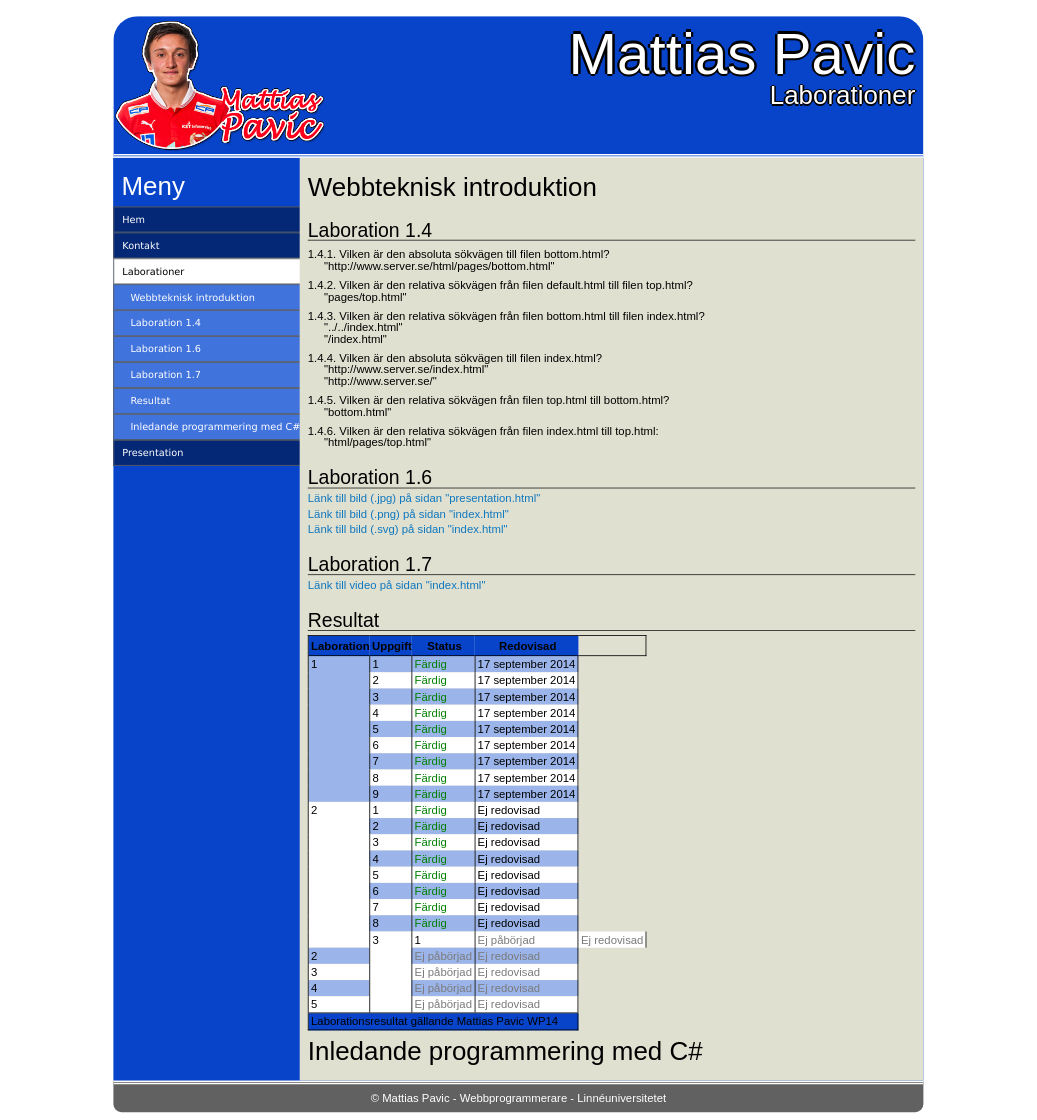
Repository: mp222sf/1ik415-laborationer
Page: pages/laborationer.html
The author's editor kept a record of every edit. The page is drawn from the files as they stood at one moment, then again after the next edit.
The browser window is 1280 px wide. The pictures show the whole page, at 81% of full size.

Above is the page before.

### pages/laborationer.html
<!doctype html>
<html lang="sv">
    <head>
        <meta charset="utf-8" />
        <title>Mattias Pavic</title>
        <link rel="stylesheet" href="../css/style.css" />
    </head>
    <body>
        <div id="cointainer">
            <div id="header">
                <h1>Mattias Pavic</h1>
                <h3>Laborationer</h3>
            </div>
            <div id="navigation_content">
            <div id="navigation">
                <h3>Meny</h3>
                <ul id="meny">
                <li><a href="../index.html">Hem</a></li>
                 <li><a href="kontakt.html">Kontakt</a></li>
                 <li><a id="current" href="laborationer.html">Laborationer</a></li>
                    <ul id="meny_lista">
                    <li><a href="#webbteknisk_introduktion">Webbteknisk introduktion</a></li>
                    <li><a href="#laboration_1.4">Laboration 1.4</a></li>
                    <li><a href="#laboration_1.6">Laboration 1.6</a></li>
                    <li><a href="#laboration_1.7">Laboration 1.7</a></li>
                    <li><a href="#resultat">Resultat</a></li>
                    <li><a href="#inledande_programmering_med_csharp">Inledande programmering med C#</a></li>
                    </ul>
                 <li><a href="presentation.html">Presentation</a></li>
                </ul>

            </div>
            <div id="content">

                <!--Här skriver vi infomationen om mina intressen.-->
                <h3 id="webbteknisk_introduktion">Webbteknisk introduktion</h3>

                <h4 id="laboration_1.4">Laboration 1.4</h4>

                <dl>
                    <dt>1.4.1. Vilken är den absoluta sökvägen till filen bottom.html? </dt>
                        <dd>"http://www.server.se/html/pages/bottom.html"</dd>
                    <dt>1.4.2. Vilken är den relativa sökvägen från filen default.html till filen top.html? </dt>
                        <dd>"pages/top.html" </dd>
                    <dt>1.4.3. Vilken är den relativa sökvägen från filen bottom.html till filen index.html? </dt>
                        <dd>"../../index.html"</dd>
                        <dd>"/index.html"</dd>
                    <dt>1.4.4. Vilken är den absoluta sökvägen till filen index.html? </dt>
                        <dd>"http://www.server.se/index.html"</dd>
                        <dd>"http://www.server.se/"</dd>
                    <dt>1.4.5. Vilken är den relativa sökvägen från filen top.html till bottom.html?</dt>
                        <dd>"bottom.html"</dd>
                    <dt>1.4.6. Vilken är den relativa sökvägen från filen index.html till top.html:</dt>
                        <dd>"html/pages/top.html"</dd>
                </dl>

                <h4 id="laboration_1.6">Laboration 1.6</h4>

                <p><a href="presentation.html#jag_presentation">Länk till bild (.jpg) på sidan "presentation.html"</a></p>
                <p><a href="../index.html#jag_logotype">Länk till bild (.png) på sidan "index.html"</a></p>
                <p><a href="../index.html#jag_svg">Länk till bild (.svg) på sidan "index.html"</a></p>


                <h4 id="laboration_1.7">Laboration 1.7</h4>

                <p><a href="../index.html#big_buck_bunny">Länk till video på sidan "index.html"</a></p>

                <h4 id="resultat">Resultat</h4>

                <table id="resultat_tabell">
                <thead>
                    <tr>
                        <th>Laboration</th>
                        <th>Uppgift</th>
                        <th>Status</th>
                        <th>Redovisad</th>
                    </tr>
                </thead>
                <tfoot>
                    <tr>
                        <td colspan="4">Laborationsresultat gällande Mattias Pavic WP14</td>
                    </tr>
                </tfoot>
                <tbody>
                    <tr>
                        <td rowspan="9">1</td>
                        <td>1</td>
                        <td><klar>Färdig</klar></td>
                        <td>17 september 2014</td>
                    </tr>
                    <tr>
                        <td>2</td>
                        <td><klar>Färdig</klar></td>
                        <td>17 september 2014</td>
                    </tr>
                    <tr>
                        <td>3</td>
                        <td><klar>Färdig</klar></td>
                        <td>17 september 2014</td>
                    </tr>
                    <tr>
                        <td>4</td>
                        <td><klar>Färdig</klar></td>
                        <td>17 september 2014</td>
                    </tr>
                    <tr>
                        <td>5</td>
                        <td><klar>Färdig</klar></td>
                        <td>17 september 2014</td>
                    </tr>
                    <tr>
                        <td>6</td>
                        <td><klar>Färdig</klar></td>
                        <td>17 september 2014</td>
                    </tr>
                    <tr>
                        <td>7</td>
                        <td><klar>Färdig</klar></td>
                        <td>17 september 2014</td>
                    </tr>
                    <tr>
                        <td>8</td>
                        <td><klar>Färdig</klar></td>
                        <td>17 september 2014</td>
                    </tr>
                    <tr>
                        <td>9</td>
                        <td><klar>Färdig</klar></td>
                        <td>17 september 2014</td>
                    </tr>

                    <tr>
                        <td rowspan="9">2</td>
                        <td>1</td>
                        <td><klar>Färdig</klar></td>
                        <td>Ej redovisad</td>
                    </tr>
                    <tr>
                        <td>2</td>
                        <td><klar>Färdig</klar></td>
                        <td>Ej redovisad</td>
                    </tr>
                    <tr>
                        <td>3</td>
                        <td><klar>Färdig</klar></td>
                        <td>Ej redovisad</td>
                    </tr>
                    <tr>
                        <td>4</td>
                        <td><klar>Färdig</klar></td>
                        <td>Ej redovisad</td>
                    </tr>
                    <tr>
                        <td>5</td>
                        <td><klar>Färdig</klar></td>
                        <td>Ej redovisad</td>
                    </tr>
                    <tr>
                        <td>6</td>
                        <td><klar>Färdig</klar></td>
                        <td>Ej redovisad</td>
                    </tr>
                    <tr>
                        <td>7</td>
                        <td><klar>Färdig</klar></td>
                        <td>Ej redovisad</td>
                    </tr>
                    <tr>
                        <td>8</td>
                        <td><klar>Färdig</klar></td>
                        <td>Ej redovisad</td>
                    </tr>


                    <tr>
                        <td rowspan="5">3</td>
                        <td>1</td>
                        <td><ejklar>Ej påbörjad</ejklar></td>
                        <td><ejklar>Ej redovisad</ejklar></td>
                    </tr>
                    <tr>
                        <td>2</td>
                        <td><ejklar>Ej påbörjad</ejklar></td>
                        <td><ejklar>Ej redovisad</ejklar></td>
                    </tr>
                    <tr>
                        <td>3</td>
                        <td><ejklar>Ej påbörjad</ejklar></td>
                        <td><ejklar>Ej redovisad</ejklar></td>
                    </tr>
                    <tr>
                        <td>4</td>
                        <td><ejklar>Ej påbörjad</ejklar></td>
                        <td><ejklar>Ej redovisad</ejklar></td>
                    </tr>
                    <tr>
                        <td>5</td>
                        <td><ejklar>Ej påbörjad</ejklar></td>
                        <td><ejklar>Ej redovisad</ejklar></td>
                    </tr>


                </tbody>
                </table>

                <h3 id="inledande_programmering_med_csharp">Inledande programmering med C#</h3>
                </div>
                </div>
            <div id="footer">
            © Mattias Pavic - Webbprogrammerare - Linnéuniversitetet
            </div>

        </div>

    </body>
</html>

### css/style.css
/* http://meyerweb.com/eric/tools/css/reset/
   v2.0 | 20110126
   License: none (public domain)
*/

html, body, div, span, applet, object, iframe,
h1, h2, h3, h4, h5, h6, p, blockquote, pre,
a, abbr, acronym, address, big, cite, code,
del, dfn, em, img, ins, kbd, q, s, samp,
small, strike, strong, sub, sup, tt, var,
b, u, i, center,
dl, dt, dd, ol, ul, li,
fieldset, form, label, legend,
table, caption, tbody, tfoot, thead, tr, th, td,
article, aside, canvas, details, embed,
figure, figcaption, footer, header, hgroup,
menu, nav, output, ruby, section, summary,
time, mark, audio, video {
	margin: 0;
	padding: 0;
	border: 0;
	font-size: 100%;
	font: inherit;
	vertical-align: baseline;
}
/* HTML5 display-role reset for older browsers */
article, aside, details, figcaption, figure,
footer, header, hgroup, menu, nav, section {
	display: block;
}
body {
	line-height: 1;
}
ol, ul {
	list-style: none;
}
blockquote, q {
	quotes: none;
}
blockquote:before, blockquote:after,
q:before, q:after {
	content: '';
	content: none;
}
table {
	border-collapse: collapse;
	border-spacing: 0;
}


a:link {
    color:#0E77BE;
    text-decoration: none;
}
a:visited {
    color:#0E77BE;
    text-decoration: none;

}

a:hover {
    color:#0744C9;
    text-decoration: underline;
}
a:focus {
    color:#0744C9;
    text-decoration: underline;
}
a:active {
    color:#0744C9;
    text-decoration: underline;
}



/*
        COINTAINER
                        */
#cointainer {
    background-color:white;
    color:black;
    width:1000px;
    margin: 0 auto;
    text-align:left;
    font-size: 14px;
    font-family: "Arial", "Lucida Grande", "Lucida Sans Unicode", Helvetica, sans-serif;

}





/*
        HEADER
                        */
#header {
    background-color:#0744C9;
    background-image: url('../pics/jag_logotype.png');
    background-size: contain;
    background-repeat: no-repeat;
    color:white;
    text-align:left;
    height:150px;
    padding:10px;
    margin: 20px 0px 0px 0px;
    border-radius: 30px 30px 0px 0px;

    border-bottom: 5px double white;

}
#header h1 {
   font-size:72px;
   text-align: right;
   text-shadow: -3px 0 black, 0 3px black, 3px 0 black, 0 -3px black;
}
#header h3 {
   font-size:32px;
   text-align: right;
   text-shadow: -2px 0 black, 0 2px black, 2px 0 black, 0 -2px black;
}

#navigation_content {

    background-color:#0744C9;
    width:1000px;
    height:100%;
    float:left;



}
/*
        NAVIGATION
                        */
#navigation           {
    line-height:30px;
    background-color:#0744C9;
    width:230px;
    height:100%;
    float:left;
    padding:0px;
    color:white;
}
#navigation h3 {
   font-size:32px;
   margin-bottom:10px;
   margin-top:20px;
   margin-left:10px;

}
#navigation ul {
    list-style-type: square;
    margin-left:0px;
    font-size:12px;
}


#navigation li {
list-style: none;
margin: 0px 0 0px 0;
}
#navigation li a {
display: block;
width: 230px;
margin: 0;
padding: 0px 0px 0px 10px;
text-align: left;
font-family: "Lucida Grande", "Lucida Sans Unicode", Helvetica, Arial, sans-serif;
font-size: 12px;
color:#042875;
border-radius: 0px;
border: 1px solid #616161;
background: #042875;

}
#meny_lista li a {
display: block;
width: 230px;
margin: 0;
padding: 0px 0px 0px 20px;
text-align: left;
font-family: "Lucida Grande", "Lucida Sans Unicode", Helvetica, Arial, sans-serif;
font-size: 12px;
color:#4173DD;
border-radius: 0px;
border: 1px solid #616161;
background: #4173DD;

}

#navigation a:active {
background: white;
color:black;
}
#navigation a:focus {
background:#0744C9;
color: white;
}
#navigation li a:hover {
cursor: pointer;
background:#0744C9;
color: white;
}
#navigation a:link, #navigation a:visited {
color: white;
text-decoration: none;
}


#navigation a#current {
background: white;
color:black;
}





/*
        CONTENT
                        */
#content {
    width:750px;
    height:100%;
    background-color:#E0E0D1;
    float:left;
    padding:10px;

}
#content p {

   margin-bottom:5px;
   margin-top:0px;
}
#content strong {
   margin-top: 20px;
   font-size:18px;



}
#content dt {
   margin-top: 10px;




}
#content dd {
    margin-left: 20px;
}
#content ul.little_list {
    list-style-type: square;
    margin-left: 30px;
}
#content li {
   margin-top: 10px;
}
#content li li {
   margin-top: 0px;



}
#content h3 {
   font-size:32px;
   margin-bottom:10px;
   margin-top:10px;
}
#content h4 {
   font-size:24px;
   margin-bottom:5px;
   margin-top:25px;
   border-bottom: 1px solid #1E1E1E;
}
#content h4.blogg {
   background-image: url('https://1ik415-laborationer-c9-mp222sf.c9.io/pics/jag_logotype.png');
   background-size: contain;
   background-repeat: no-repeat;
   font-size:24px;
   margin-bottom:5px;
   margin-top:25px;
   padding-left:45px;
}
#content p.bloggnamn {
font-style: italic;
text-align: right;
}

#content fieldset {
    border:1px solid #616161;
    padding: 5px;
    background-color: #B9CBF0;
    margin-bottom: 10px;
    color: white;
    font-family: "Arial";


}

#content legend {
    padding: 3px;
    margin-left: 5px;
    margin-right: 5px;
  color:white;
  font-size:90%;
  text-align:left;
  background-color: #042875;
}
#content textarea {
    font-family: "Arial";
}


#resultat_tabell thead {
   font-weight:bold;
   padding: 3px;
   margin-top: 20px
   margin-bottom: 20px;
   border: 1px solid black;
}
#resultat_tabell th {
    padding-top: 5px;
    padding-left: 3px;
   padding-bottom: 5px;
   background: #0744C9;
   text-align: center;

}
#resultat_tabell tbody td {
   padding: 3px;
   border-left: 1px solid black;
   border-right: 1px solid black;
}
#resultat_tabell tfoot td {
   padding: 3px;
   border: 1px solid black;
   background: #0744C9;
}
#resultat_tabell tr:nth-child(even) {background: #fff}
#resultat_tabell tr:nth-child(odd) {background: #9bb4e9}
#resultat_tabell klar {
    color: green;
}
#resultat_tabell ejklar {
    color: #7B7B7B;
}


/*
        MEDIA
                        */

#big_buck_bunny {
    margin-bottom:10px;
    margin-top:10px;
}


#jag_presentation {
    width: 150px;
    border-radius: 30px 30px 30px 30px;

}
#london2013 {
    width: 200px;
    padding: 10px;
}

.right {
    float: right;
}

.left {
    float: left;
}

#content p.form {

}




/*
        FOOTER
                        */
#footer {
    background-color:#616161;
    color:white;
    clear:both;
    text-align:center;
    padding:10px;
    margin: 0px 0px 10px 0px;
    border-radius: 0px 0px 10px 10px;
    border-top: 5px double white;
}

.clear{
    clear:both;
}

After the next edit:
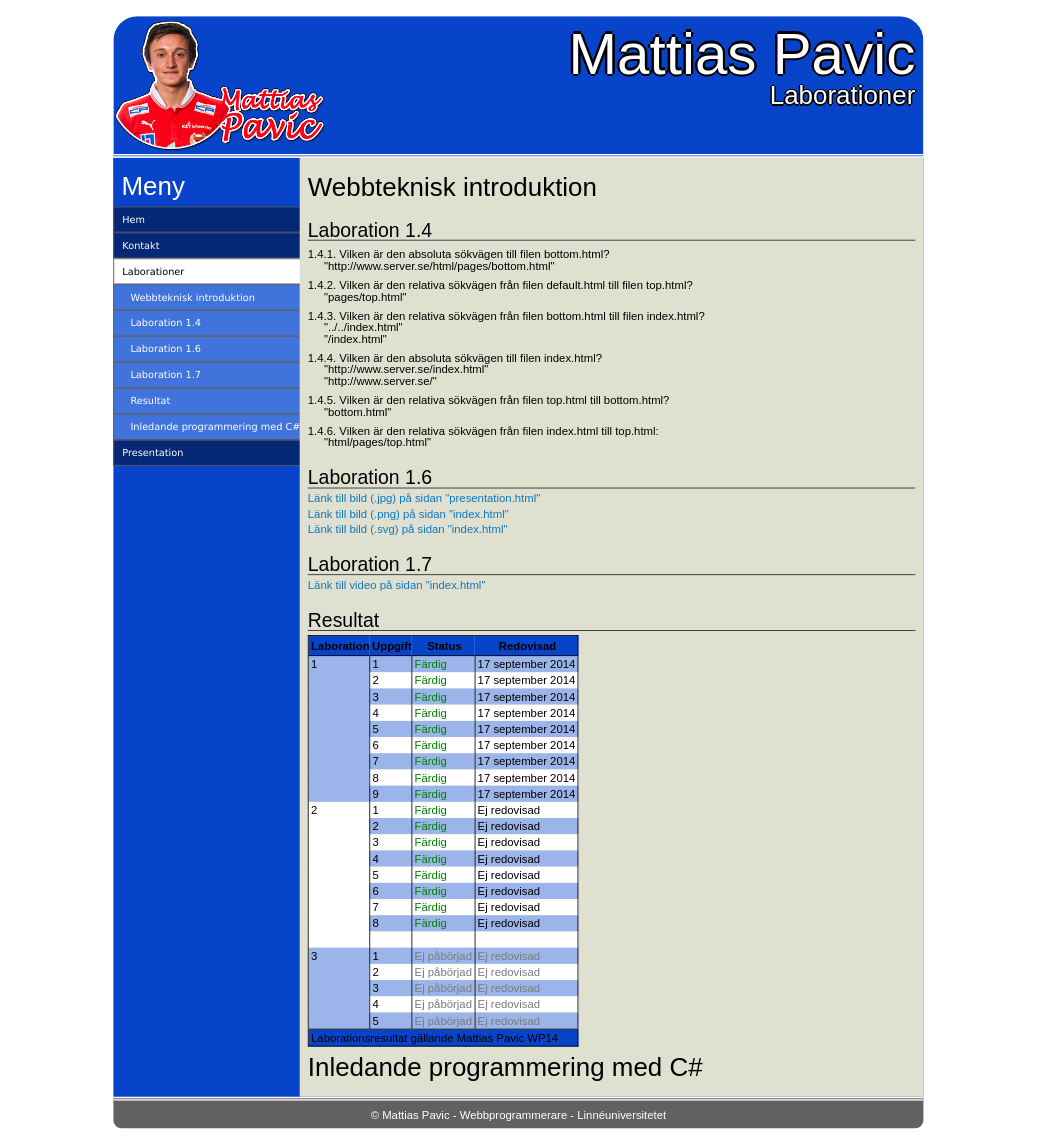
The edit:
--- a/pages/laborationer.html
+++ b/pages/laborationer.html
@@ -170,6 +170,11 @@
                         <td><klar>Färdig</klar></td>
                         <td>Ej redovisad</td>
                     </tr>
+                    <tr>
+                        <td></td>
+                        <td><klar><br></klar></td>
+                        <td></td>
+                    </tr>
 
 
                     <tr>
